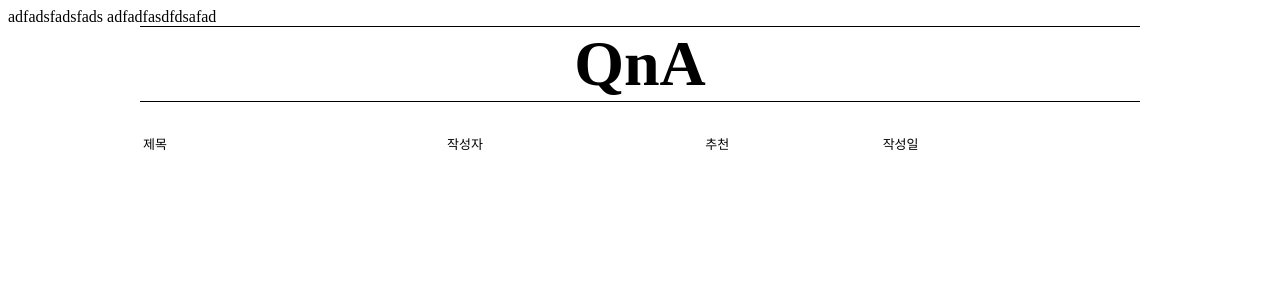
Repository: shbaksa/study
Page: http://localhost/mw_0621/qna_m/main.jsp
The author's editor kept a copy of each file at every save. The page is drawn from the files as they stood at one save, then again after the next save.
The browser window is 1280 px wide. The pictures show the whole page.
The page is served by Tomcat 9. Queries for data that is not in the repository find no rows.

Above is the page before, as saved 2022-06-21 00:30:25.

### mw_0621/src/main/webapp/qna_m/main.jsp
<%@ page language="java" contentType="text/html; charset=UTF-8"
    pageEncoding="UTF-8"%>
<!DOCTYPE html>
<%@ page import="java.sql.*" %>
<%

	Class.forName("com.mysql.jdbc.Driver");
	String db="jdbc:mysql://localhost:3306/first";
	Connection conn=DriverManager.getConnection(db,"root","1234");

	String sql ="select * from qna order by grp asc , seq asc";
	PreparedStatement pstmt = conn.prepareStatement(sql);
	ResultSet rs = pstmt.executeQuery();
%>
<html>
<head>
<meta charset="UTF-8">
<title>QnA</title>
<style>
	caption {
		border-top : 1px solid black;
		border-bottom : 1px solid black;
		font-size : 64px;

	}
	tr:frist-child > td {
		border-bottom : 1px solid black;
	}
	#tr1  {
		border-bottom 1px solid black;
	}
	table {
		font-size : 13px;
	}
	/* tr:last-child > td {
		border-bottom : 1px solid black;
		border-top : 1px solid black;
	} */
	 /* #deldel{
		visibility : hidden;
		}
	 */

</style>
<script>
	function view() {

		var pepsii = document.getElementById("deldel").style.visibility;

		if(pepsii == "hidden")
			{
				document.getElementById("deldel").style.visibility="visible";
			}
		else if(pepsii == "visible")
			{
				document.getElementById("deldel").style.visibility="hidden";
			}
	}



	function view1(n){

		var pepsi = document.getElementById("del"+n).style.visibility;

		if(pepsi == "hidden") {
			document.getElementById("del"+n).style.visibility="visible";
		}
		else if(pepsi == "visible") {
			document.getElementById("del"+n).style.visibility="hidden";
		}


	}
</script>

</head>
<body>

	adfadsfadsfads

	adfadfasdfdsafad

	<table width="1000" align="center">
	<caption  onclick="view()"><b>QnA</b></caption>
	<tr id="deldel" style="visibility:hidden">
	<form name="pkc" method="post" action="write.jsp">
	<td colspan="8" align="center">
	<input type="text" name="title" size="40" placeholder="제목작성">
	<input type="text" name="name" placeholder="작성자">
	<input type="password" name="pwd" placeholder="비밀번호">
	<input type="submit" value="질문글작성"></td>
	</form>
	</tr>
	<tr id="tr1">
	<td width="300" colsapn="2">제목</td>
	<td>작성자</td>
	<td>추천</td>
	<td>작성일</td>
	</tr>
	<%while(rs.next()) {
	String str="";
	if(rs.getInt("depth")!=1){
		for(int i=1;i<rs.getInt("depth");i++){
			str=str+"&nbsp;&nbsp;";
		}
		str=str+"ㄴ";
	}
	%>
	<tr>
	<td><%=str%><%=rs.getString("title") %></td>
	<td><%=rs.getString("name") %></td>
	<td><%=rs.getString("readnum") %></td>
	<td><%=rs.getString("writeday") %></td>

	<td><input type="button" onclick="view1(<%=rs.getInt("id")%>)" value="댓글달기"></td>
	</tr>
	<form method="post" action="rewrite.jsp">
	<input type="hidden" name="grp" value="<%=rs.getInt("grp")%>">
	<input type="hidden" name="depth" value="<%=rs.getInt("depth")%>">
	<input type="hidden" name="seq" value="<%=rs.getInt("seq")%>">
	<tr style="visibility:hidden" id="del<%=rs.getInt("id")%>">
	<td colspan="2"><input type="text" name="title" placeholder="제목"></td>
	<td><input type="text" name="name" placeholder="작성자"></td>
	<td><input type="password" name="pwd" placeholder="비밀번호"></td>
	<td><input type="submit" value="댓글작성"></td>
	</tr>
	</form>

	<% } %>

	</table>

</body>
</html>

After the next save:
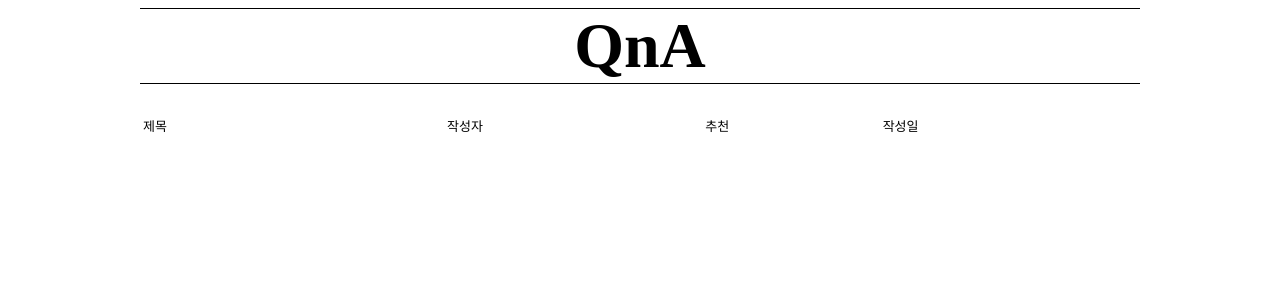
Saved 5 s later.
--- a/mw_0621/src/main/webapp/qna_m/main.jsp
+++ b/mw_0621/src/main/webapp/qna_m/main.jsp
@@ -77,9 +77,7 @@
 </head>
 <body>
 
-	adfadsfadsfads
 
-	adfadfasdfdsafad
 
 	<table width="1000" align="center">
 	<caption  onclick="view()"><b>QnA</b></caption>
